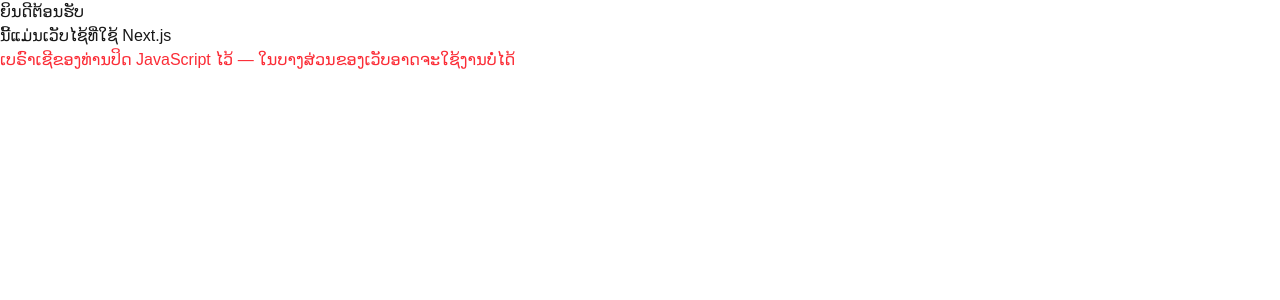
Repository: KongRucifer/SeaFood-Shop
Page: /
These files come from the project's save history. The page is drawn as it stood at one moment and after the next save; the edit follows.
The browser window is 1280 px wide. The pictures show the whole page.
The project was rebuilt for these pictures with package versions that can differ from the ones it lists, and the page was loaded fresh each time. The framework's server and built-in components were replaced by stand-ins that run in the browser. Also part of the build but not shown: next.config.ts.

Above is the page before, as saved 2025-06-24 18:21:20.

### src/app/layout.tsx
import type { Metadata } from "next";
import { Geist, Geist_Mono } from "next/font/google";
import "./globals.css";

 const geistSans = Geist({
  variable: "--font-geist-sans",
  subsets: ["latin"],
});

const geistMono = Geist_Mono({
  variable: "--font-geist-mono",
  subsets: ["latin"],
});

export const metadata: Metadata = {
  title: "ຮ້ານຂາຍອາຫານທະເລ - ໜ້າທຳອິດ | Seafood Shop",
  description:
    "ຮ້ານຂາຍອາຫານທະເລອອນໄລ ໜ້າທຳອິດ ລວມອາຫານທະເລຫຼາກຫຼາຍ ເຊັ່ນ ປາ, ປູ, ກຸ້ງ ແລະ ອາຫານທະເລອື່ນໆ ສາມາດສັ່ງເຊົ້າ ແລະ ສັ່ງເຂົ້າໃນເວັບໄຊ ສາມາດເຮັດ ການໂອນເງິນ",
  keywords:
    "ອາຫານທະເລ ອອນໄລ, ຮ້ານຂາຍອາຫານທະເລ, ສັ່ງອາຫານທະເລ, ອາຫານທະເລສົ່ງໄວ",
  authors: [{ name: "kong mong thao" }],
  publisher: "Super Shop SeaFood",
  robots: {
    index: true,
    follow: true,
  },
  openGraph: {
    title: "ຮ້ານຂາຍອາຫານທະເລ - ໜ້າທຳອິດ | Seafood Shop",
    description:
      "ສັ່ງຊື້ອາຫານທະເລ ລາຄາຖືກ ສົ່ງໄວ ທັນໃຈ ມີບໍລິການໂອນເງີນ ປາຍທາງ",
    url: "http://localhost:3000/images/fish.jpeg",
    siteName: "Seafood Shop",
    locale: "th_TH",
    type: "website",
    images: [
      {
        url: "http://localhost:3000/images/myshopSeafood.jpeg",
        width: 1200,
        height: 630,
        alt: "Food Shop Image",
      },
    ],
  },
  twitter: {
    card: "summary_large_image",
    title: "ຮ້ານຂາຍອາຫານທະເລ - ໜ້າທຳອິດ | Seafood Shop",
    description:
      "ສັ່ງຊື້ອາຫານທະເລ ລາຄາຖືກ ສົ່ງໄວ ທັນໃຈ ມີບໍລິການໂອນເງີນ ປາຍທາງ",
    images: ["http://localhost:3000/images/seafood2.jpeg"],
  },
  alternates: {
    canonical: "https://yourdomain.com/",
  },
  viewport: 'width=device-width, initial-scale=1',
}

export default function RootLayout({
  children,
}: Readonly<{
  children: React.ReactNode;
}>) {
  return (
    <html lang="en">
      <body
        className={`${geistSans.variable} ${geistMono.variable} antialiased`}
      >
        {children}
      </body>
    </html>
  );
}

### src/app/page.tsx
// ✅ app/page.tsx
import React from 'react'
import Home from './views/Home'

export default async function FoodPage() {

  return (
    <div>
       <Home/>
    </div>
  )
}
// export default async function Home() {
//   const res = await fetch('https://jsonplaceholder.typicode.com/posts?_limit=5')
//   const posts = await res.json()

//   return (
//     <div>
//       <h1>Posts</h1>
//       <ul>
//         {posts.map((post: any) => (
//           <li key={post.id}>{post.title}</li>
//         ))}
//       </ul>
//     </div>
//   )
// }

### src/app/views/Home.tsx


export default function Home() {
  return  <main>
      <h1>ຍິນດີຕ້ອນຮັບ</h1>
      <p>ນີ້ແມ່ນເວັບໄຊ້ທີ່ໃຊ້ Next.js</p>

      {/* <noscript> */}
        <div className="text-red-500">
          ເບຣົາເຊີຂອງທ່ານປິດ JavaScript ໄວ້ — ໃນບາງສ່ວນຂອງເວັບອາດຈະໃຊ້ງານບໍ່ໄດ້
        </div>
      {/* </noscript> */}
    </main>
}

Loaded but not shown: src/app/globals.css (common file)

After the next save:
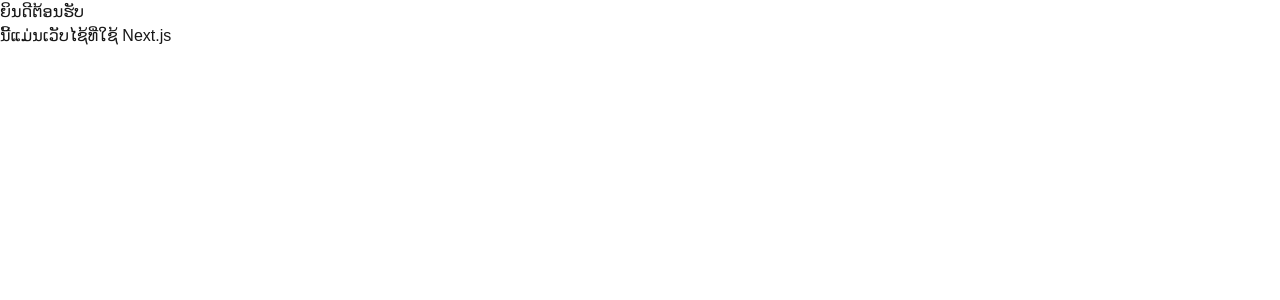
Saved 7 s later.
--- a/src/app/views/Home.tsx
+++ b/src/app/views/Home.tsx
@@ -5,10 +5,10 @@ export default function Home() {
       <h1>ຍິນດີຕ້ອນຮັບ</h1>
       <p>ນີ້ແມ່ນເວັບໄຊ້ທີ່ໃຊ້ Next.js</p>
 
-      {/* <noscript> */}
+      <noscript>
         <div className="text-red-500">
           ເບຣົາເຊີຂອງທ່ານປິດ JavaScript ໄວ້ — ໃນບາງສ່ວນຂອງເວັບອາດຈະໃຊ້ງານບໍ່ໄດ້
         </div>
-      {/* </noscript> */}
+      </noscript>
     </main>
 }
